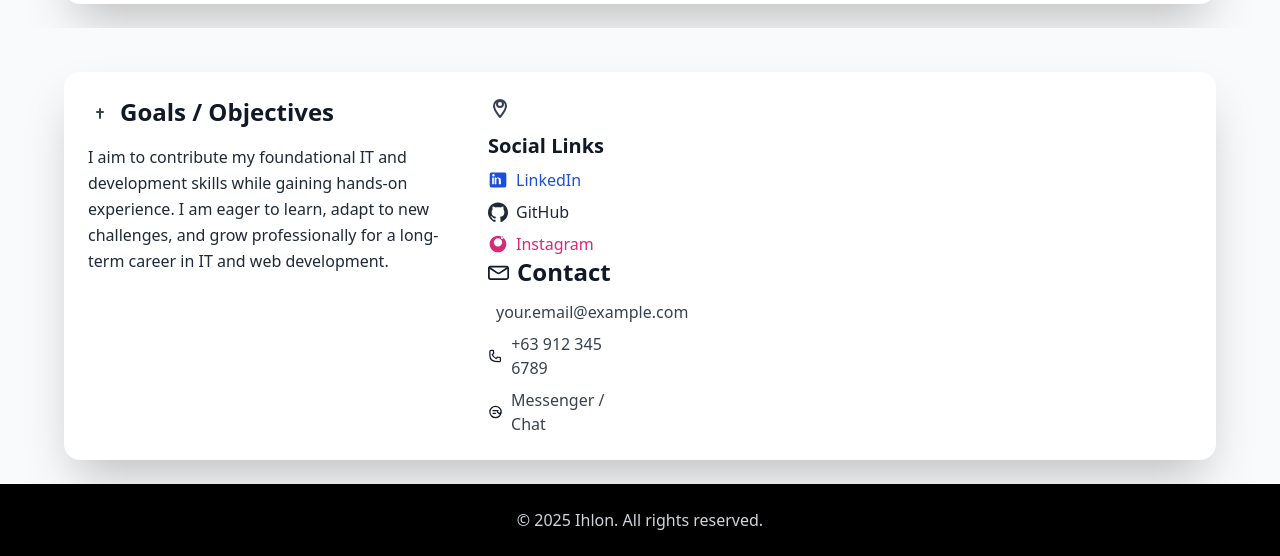
Repository: MeekSharkdev/cv-portfolio
Page: index.html
An editor plug-in stored every save of this project. The page is shown before and after the next save, followed by the edit.
The browser window is 1280 px wide. The pictures show the part of the page from y = 2336 to 2892 px (the page is 2892 px tall before and 2730 px after).
A picture or video elsewhere on the page could not be fetched, so the positions and the page height are approximate.

Above is the page before, as saved 2026-01-31 21:22:49.
Not found: styles.css

After the next save:
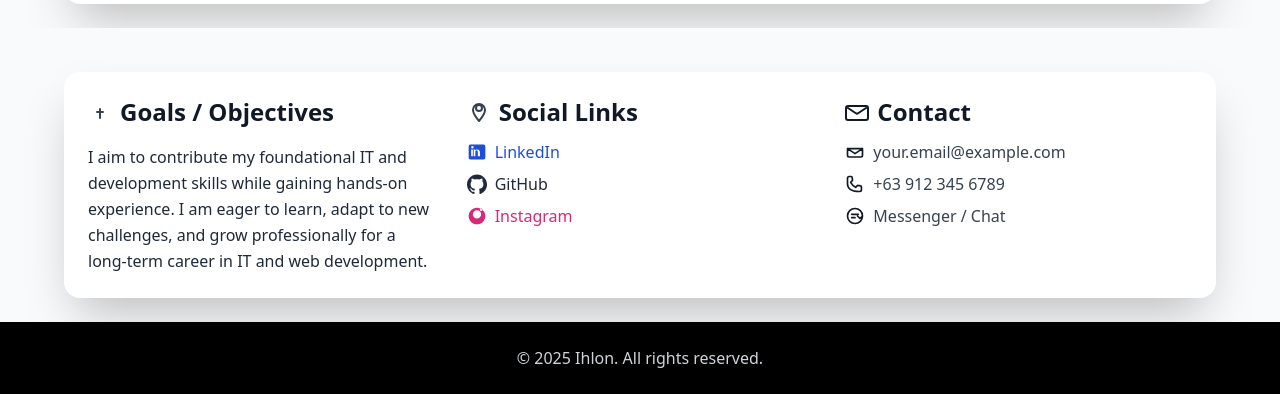
Saved 17 s later.
--- a/index.html
+++ b/index.html
@@ -391,14 +391,13 @@
             <path stroke-linecap="round" stroke-linejoin="round" stroke-width="2"
                 d="M12 21s-6-7-6-11a6 6 0 1112 0c0 4-6 11-6 11z" />
         </svg>
-    <h2 class="text-xl font-bold mb-2">Social Links</h2>
+        Social Links
+    </h2>
 
     <div class="flex flex-col gap-2">
-
-        <!-- LinkedIn -->
-        <a href="https://www.linkedin.com/in/ihlon-gyve-nogot-b448232b7" target="_blank"
+        <a href="https://linkedin.com/in/yourprofile" target="_blank"
             class="flex items-center gap-2 text-blue-700 hover:underline">
-            <!-- LinkedIn icon -->
+            <!-- LinkedIn simplified icon -->
             <svg xmlns="http://www.w3.org/2000/svg" class="h-5 w-5" fill="currentColor" viewBox="0 0 24 24">
                 <path
                     d="M4 3a2 2 0 00-2 2v14a2 2 0 002 2h16a2 2 0 002-2V5a2 2 0 00-2-2H4zm4 14H5v-8h3v8zm-1.5-9.268a1.5 1.5 0 110-3 1.5 1.5 0 010 3zm9.5 9.268h-3v-4.5c0-1.2-.02-2.75-1.5-2.75s-1.5 1.42-1.5 2.667V17h-3v-8h2.8v1.2h.04c.4-.7 1.3-1.2 2.46-1.2 2.64 0 3.2 1.74 3.2 4V17z" />
@@ -406,10 +405,9 @@
             LinkedIn
         </a>
 
-        <!-- GitHub -->
-        <a href="https://github.com/MeekSharkdev" target="_blank"
+        <a href="https://github.com/yourprofile" target="_blank"
             class="flex items-center gap-2 text-gray-800 hover:underline">
-            <!-- GitHub icon -->
+            <!-- GitHub simplified icon -->
             <svg xmlns="http://www.w3.org/2000/svg" class="h-5 w-5" fill="currentColor" viewBox="0 0 24 24">
                 <path
                     d="M12 .5C5.373.5 0 5.873 0 12.5c0 5.3 3.438 9.8 8.205 11.387.6.111.82-.261.82-.577 0-.285-.01-1.04-.017-2.042-3.338.724-4.042-1.61-4.042-1.61-.546-1.387-1.333-1.756-1.333-1.756-1.088-.744.083-.729.083-.729 1.205.085 1.839 1.238 1.839 1.238 1.07 1.834 2.809 1.304 3.495.997.108-.775.417-1.305.762-1.605-2.665-.303-5.466-1.333-5.466-5.933 0-1.31.468-2.381 1.235-3.221-.124-.303-.536-1.523.117-3.176 0 0 1.008-.322 3.3 1.23.957-.266 1.983-.399 3.003-.404 1.02.005 2.047.138 3.006.404 2.289-1.552 3.295-1.23 3.295-1.23.655 1.653.243 2.873.12 3.176.77.84 1.233 1.911 1.233 3.221 0 4.61-2.803 5.625-5.475 5.922.43.371.813 1.102.813 2.222 0 1.604-.015 2.897-.015 3.293 0 .319.216.694.825.576C20.563 22.3 24 17.805 24 12.5 24 5.873 18.627.5 12 .5z" />
@@ -417,19 +415,17 @@
             GitHub
         </a>
 
-        <!-- Instagram -->
-        <a href="https://www.instagram.com/iam_meeeeek/" target="_blank"
+        <a href="https://instagram.com/yourprofile" target="_blank"
             class="flex items-center gap-2 text-pink-600 hover:underline">
-            <!-- Instagram icon -->
+            <!-- Instagram simplified icon -->
             <svg xmlns="http://www.w3.org/2000/svg" class="h-5 w-5" fill="currentColor" viewBox="0 0 24 24">
                 <path
                     d="M12 2C6.477 2 2 6.477 2 12s4.477 10 10 10 10-4.477 10-10S17.523 2 12 2zm0 3a5 5 0 110 10 5 5 0 010-10zm6.5-.5a1.5 1.5 0 11-3 0 1.5 1.5 0 013 0z" />
             </svg>
             Instagram
         </a>
-
     </div>
-
+</div>
 
             <!-- Contact Info -->
         <div class="md:w-1/3">
